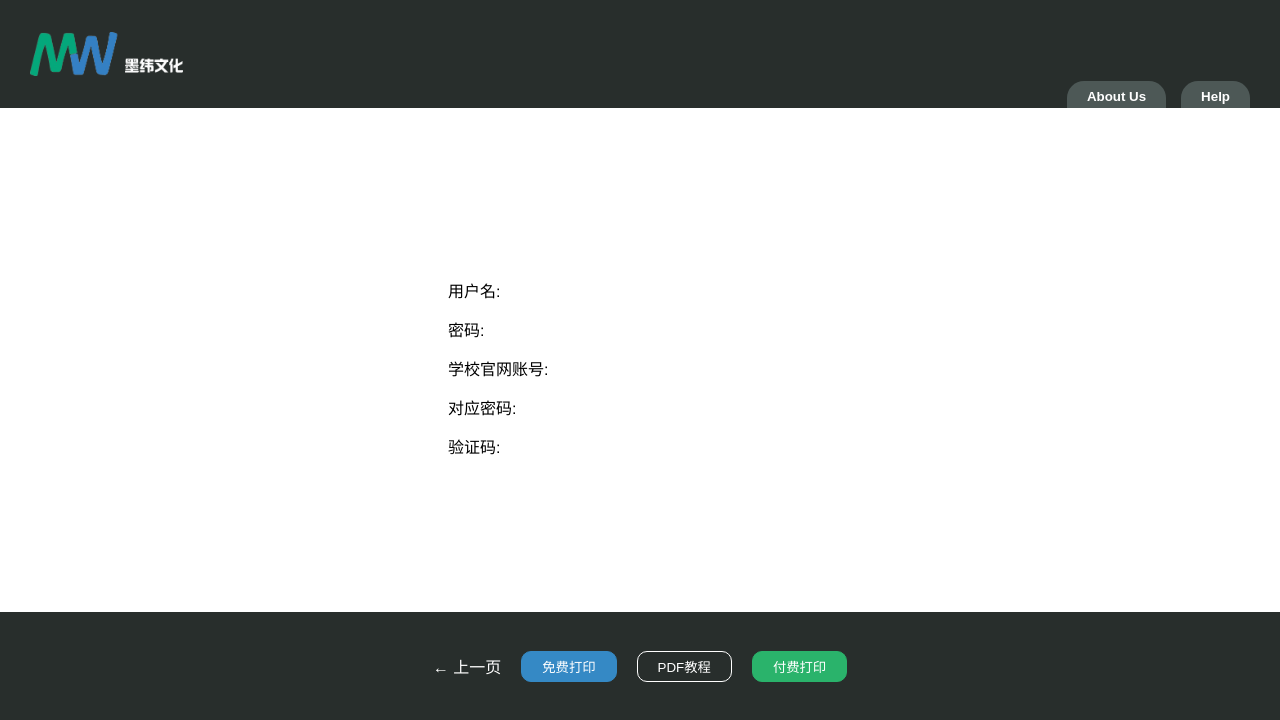
Repository: sucksucksucksuck/mw
Page: /#/register
These files come from the project's save history. The page is drawn as it stood at one moment and after the next save; the edit follows.
The browser window is 1280 px wide. The pictures show the whole page.
The project was rebuilt for these pictures with package versions that can differ from the ones it lists, and the page was loaded fresh each time. Also part of the build but not shown: webpack.config.js, src/components/HelloWorld.vue, src/components/Suck.vue.

Above is the page before, as saved 2018-04-13 17:11:19.

After the next save:
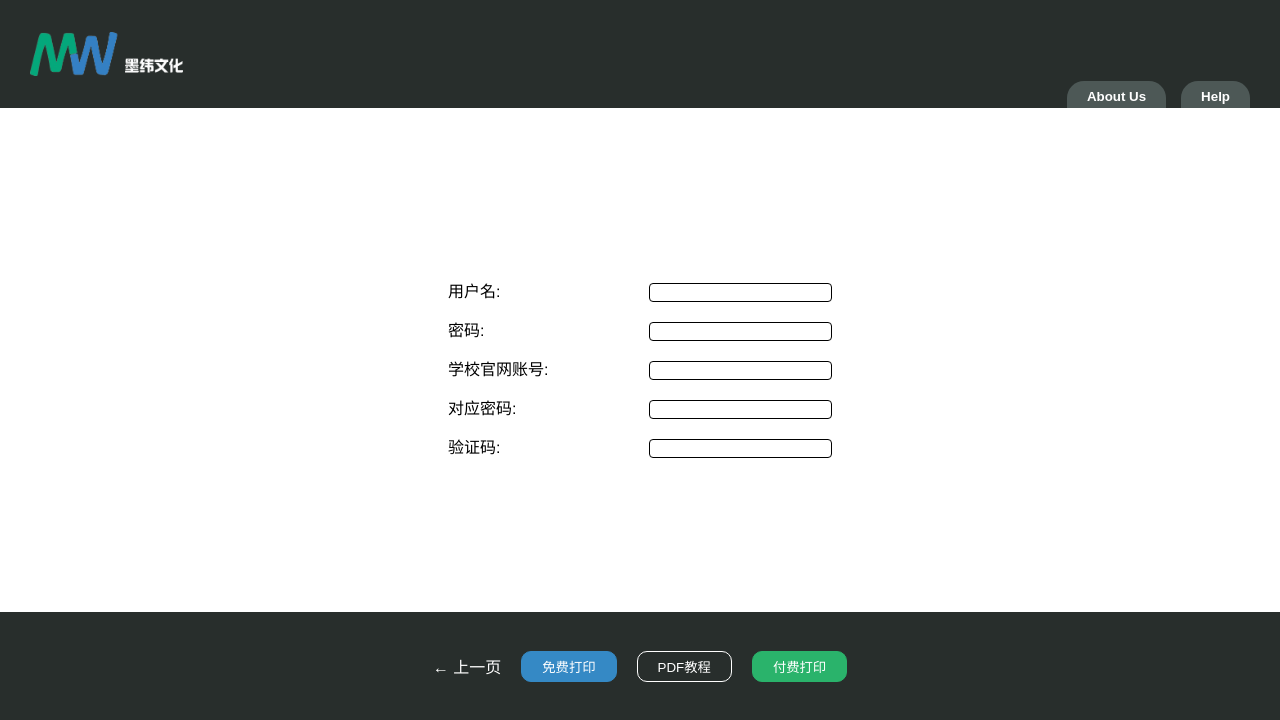
Saved 5 s later.
--- a/src/components/Register.vue
+++ b/src/components/Register.vue
@@ -58,6 +58,6 @@
   align-self: flex-end;
   outline: none;
   border-radius: 4px;
-  border: 1px solid #fff;
+  border: 1px solid #000;
 }
 </style>
